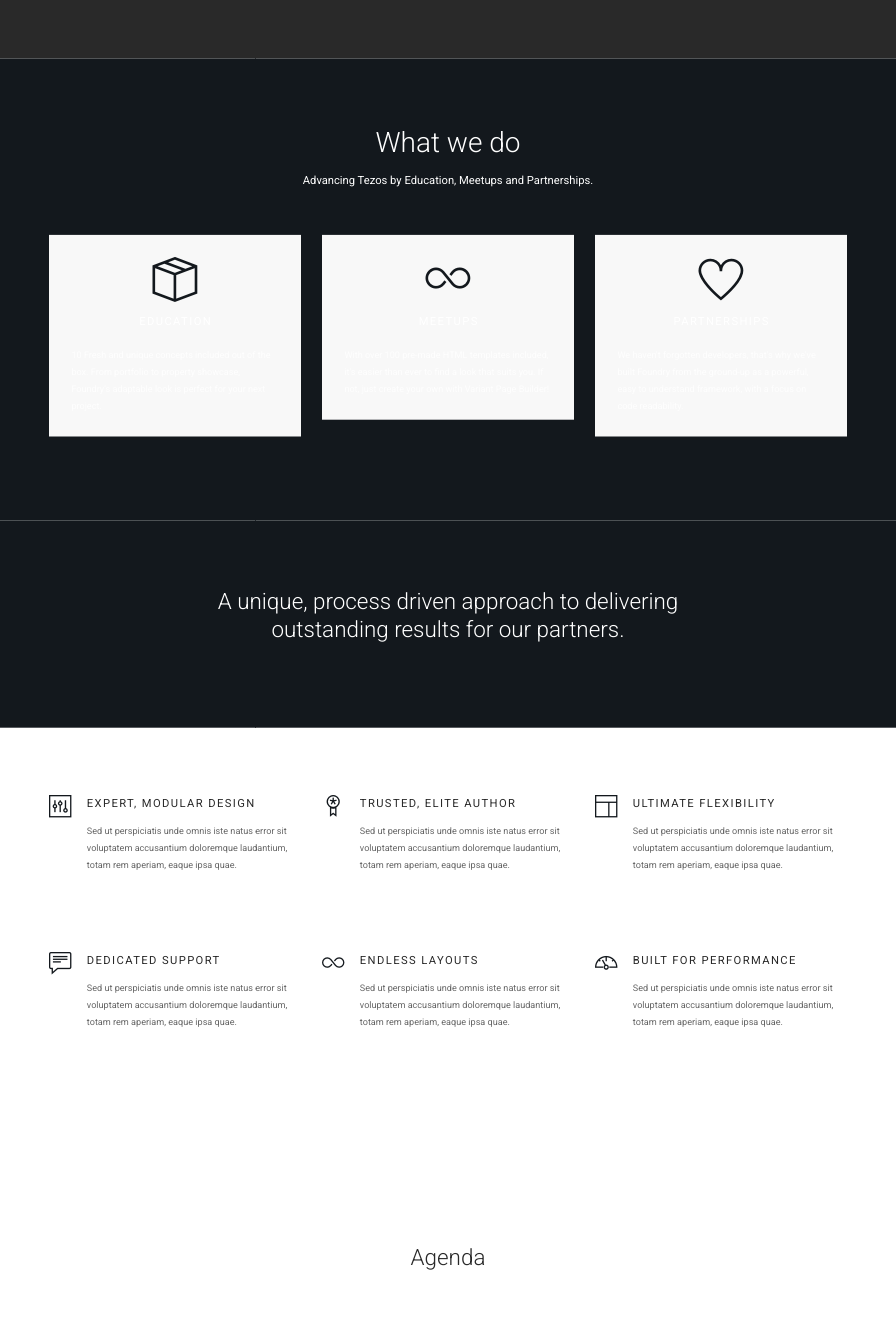
Repository: Tezos-India-Foundation/TIF-Website
Page: Tezos India Website/page.html
An editor plug-in stored every save of this project. The page is shown before and after the next save, followed by the edit.
The browser window is 1280 px wide. The pictures show the part of the page from y = 982 to 2902 px (the page is 5141 px tall before and 5097 px after), at 70% of full size.
A picture or video elsewhere on the page could not be fetched, so the positions and the page height are approximate.

Above is the page before, as saved 2019-08-13 04:13:40.

After the next save:
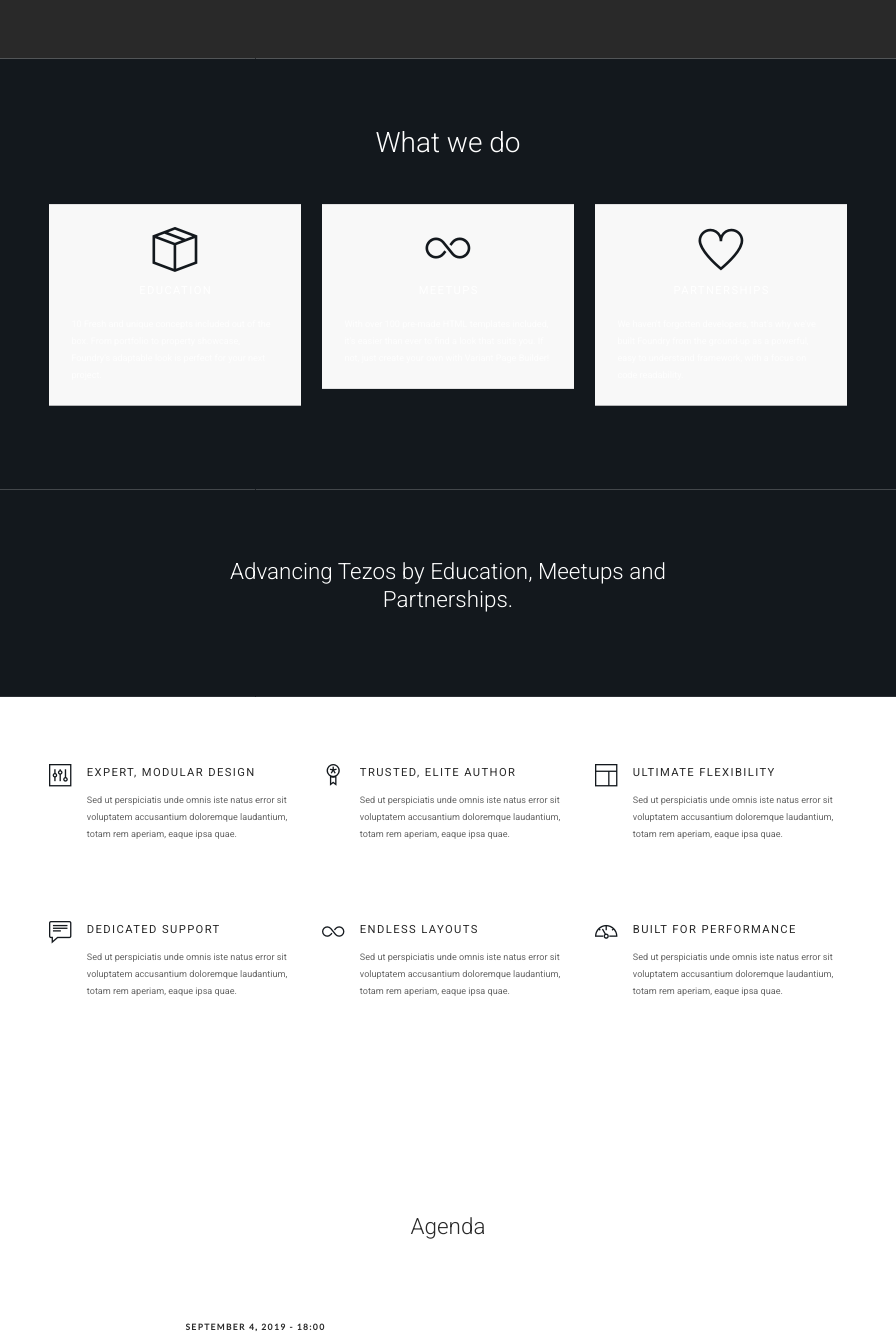
Saved 35 s later.
--- a/Tezos India Website/page.html
+++ b/Tezos India Website/page.html
@@ -132,7 +132,7 @@
 				<div class="col-sm-12 text-center">
 					<h2 class="mb16">What we do</h2>
 					<p class="lead mb64">
-						Advancing Tezos by Education, Meetups and Partnerships.
+
 					</p>
 				</div>
 			</div>
@@ -183,7 +183,7 @@
 		<div class="container">
 			<div class="row">
 				<div class="col-md-8 col-md-offset-2 col-sm-10 col-sm-offset-1 text-center">
-					<h3>A unique, process driven approach to delivering outstanding results for our partners.</h3>
+					<h3>Advancing Tezos by Education, Meetups and Partnerships.</h3>
 				</div>
 			</div>
 			<!--end of row-->
